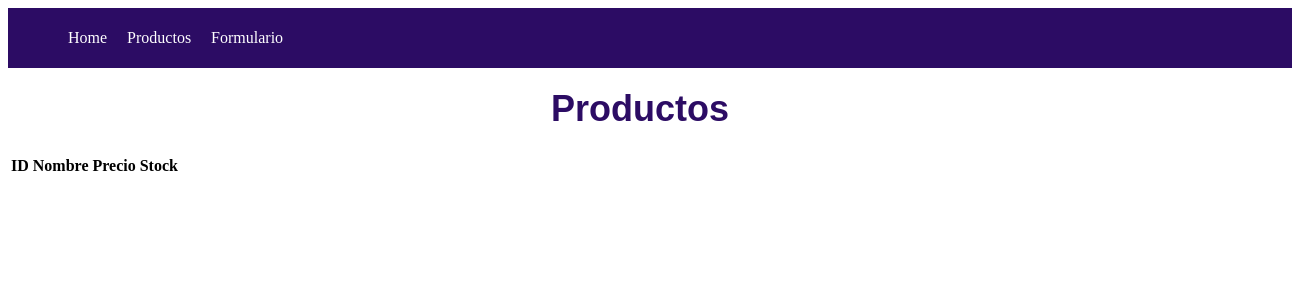
Repository: LadyJohana20/clases
Page: Clase-05-nodesass/public/pages/productos.html
These files come from the project's save history. The page is drawn as it stood at one moment and after the next save; the edit follows.
The browser window is 1280 px wide. The page is 1292 px wide, so the pictures cover 1292 px, including what lies to the right of the window. The pictures show the whole page.
The style sheet was rebuilt from its Sass, Less or Tailwind sources for each picture, by a compiler version that may differ from the author's.

Above is the page before, as saved 2026-01-27 21:33:27.

After the next save:
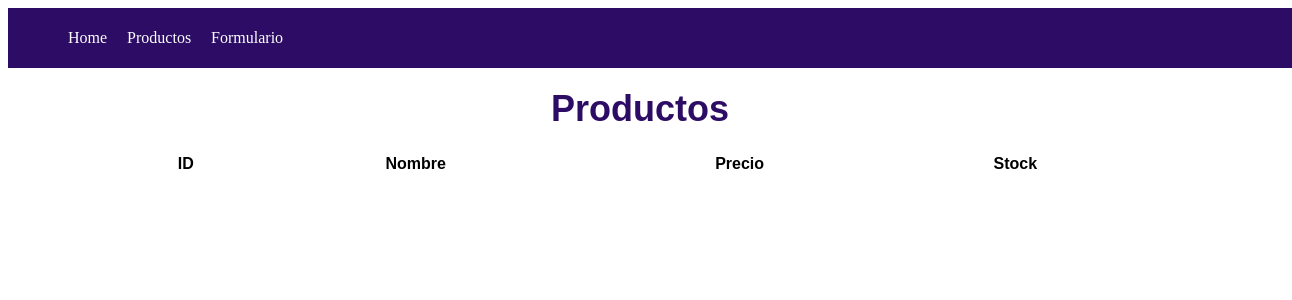
Saved 94 s later.
--- a/Clase-05-nodesass/public/js/productos.js
+++ b/Clase-05-nodesass/public/js/productos.js
@@ -94,7 +94,10 @@ titulo[0].style.textAlign = 'center';
 titulo[0].style.marginTop = '20px';
 
 // 14. damos stilos a la tabla de productos o al elemento 1
-
+titulo[1].style.width = '80%';
+titulo[1].style.margin = '20px auto';
+titulo[1].style.borderCollapse = 'collapse';
+titulo[1].style.fontFamily = 'Arial, sans-serif';
 
 
 /*let body = document.getElementById('body');
